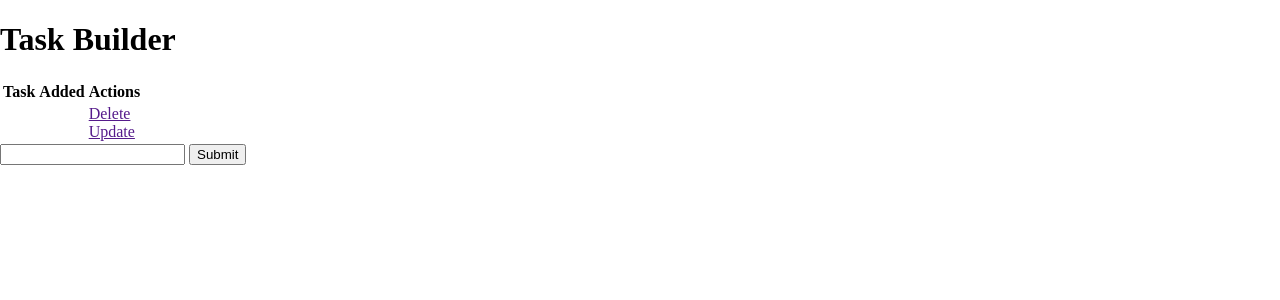
Repository: inno03/flask-test
Page: http://localhost/
The author's editor kept a copy of each file at every save. The page is drawn from the files as they stood at one save, then again after a run of saves.
The browser window is 1280 px wide. The pictures show the whole page.
The page is served by the project's application, run on Flask 3 (app.py).

Above is the page before, as saved 2023-08-11 06:25:17.

### templates/index.html
 {% extends 'base.html' %}

{% block head %}

{% endblock %}

{% block body %}
<div class="content">
  <h1>Task Builder</h1>

  <table>
    <tr>
      <th>Task</th>
      <th>Added</th>
      <th>Actions</th>
      </tr>
      <tr>
        <td></td>
        <td></td>
        <td>
          <a href="">Delete</a>
          <br>
          <a href="">Update</a>
        </td>
      </tr>
      </table>
      <form action="/" method="POST">
        <input type="text" name="content" id="content">
        <input type="submit"
      </div>

{% endblock %}

### templates/base.html
<!DOCTYPE html>
<html lang="en">
  <head>
    <meta charset="UTF-8" />
    <meta name="viewport" content="width=device-width, initial-scale=0">
    <meta http-equiv="X-UA-Compatible" content="IE=edge">
    <link rel="stylesheet" href="{{ url_for('static', filename='css/main.css') }}"
    {% block head %}{% endblock %}
    </head>
    <body>
      {% block body %}{% endblock %}
      </body>
      </html>

### app.py
from flask import Flask, render_template, url_for
from flask_sqlalchemy import SQLAlchemy
from datetime import datetime

app = Flask(__name__)
app.config['SQLALCHEMY_DATABASE_URI'] = 'sqlite:///test.db'
db = SQLAlchemy(app)


class Todo(db.Model):
    id = db.Column(db.Integer, primary_key=True)
    content = db.Column(db.String(200), nullable=False)
    date_created = db.Column(db.DateTime, default=datetime.utcnow)

    def __repr__(self):
        return '<Task %r>' % self.id

@app.route("/", methods=["POST", "GET"])
def index():
  return render_template('index.html')

if __name__ == "__main__":
  app.run(debug=True)

### static/css/main.css
body{
  margin: 0;
  font-family: ;
}

After the next 2 saves:
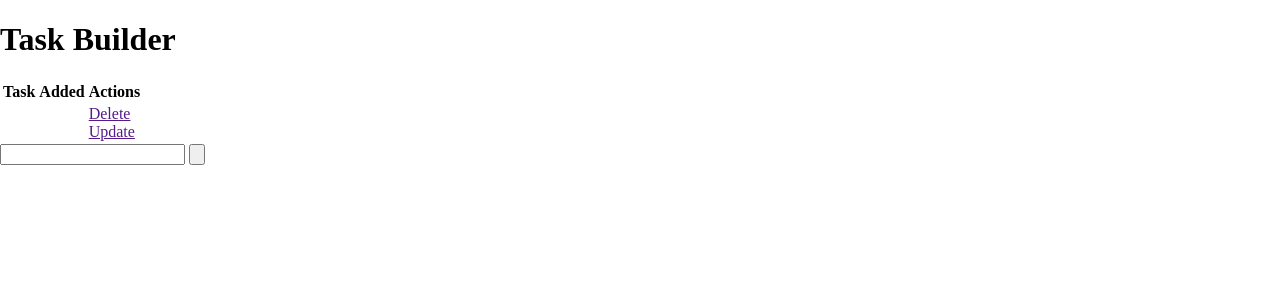
The 2 saves are shown as one change because they came seconds apart.
The last was saved 12 s later.
--- a/templates/index.html
+++ b/templates/index.html
@@ -26,7 +26,7 @@
       </table>
       <form action="/" method="POST">
         <input type="text" name="content" id="content">
-        <input type="submit"
+        <input type="submit" value=""
       </div>
 
 {% endblock %}
